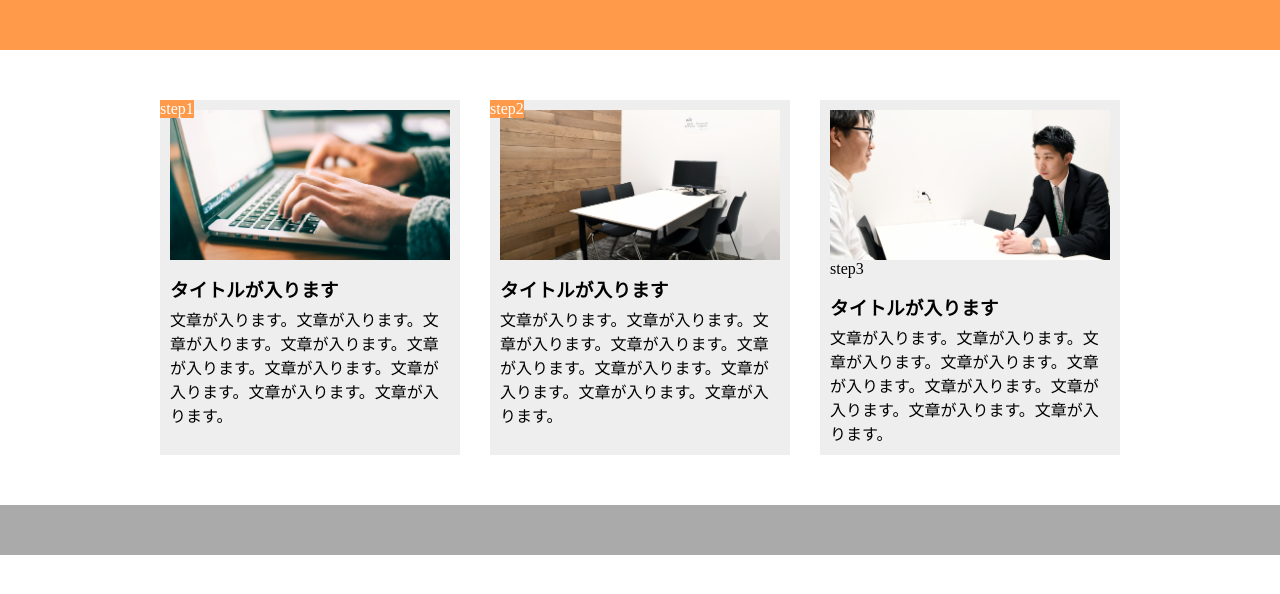
Repository: itoudaiki/git-practice
Page: k-10/k-10.html
The author's editor kept a record of every edit. The page is drawn from the files as they stood at one moment, then again after the next edit.
The browser window is 1280 px wide. The pictures show the whole page.

Above is the page before.

After the next edit:
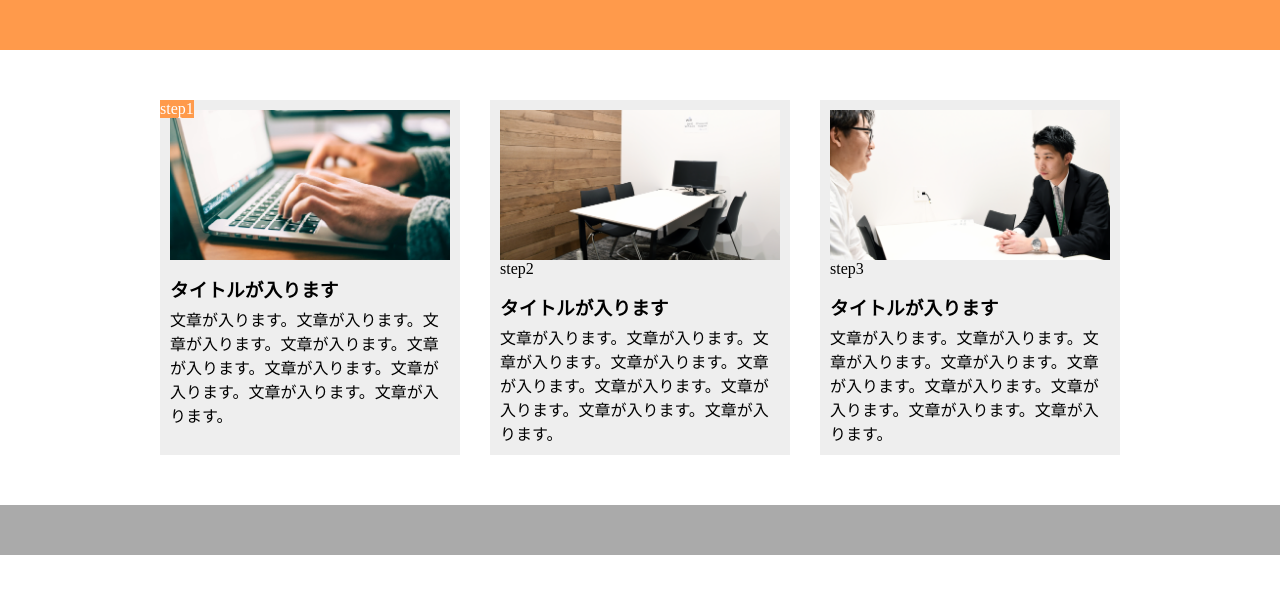
The edit:
--- a/k-10/k-10.html
+++ b/k-10/k-10.html
@@ -20,7 +20,7 @@
 
       <div class="step-box">
         <div class="step-img2"></div>
-        <span class="step-num">step2</span>
+        <span class="step-item">step2</span>
         <h3 class="title">タイトルが入ります</h3>
         <p class="text">
           文章が入ります。文章が入ります。文章が入ります。文章が入ります。文章が入ります。文章が入ります。文章が入ります。文章が入ります。文章が入ります。
